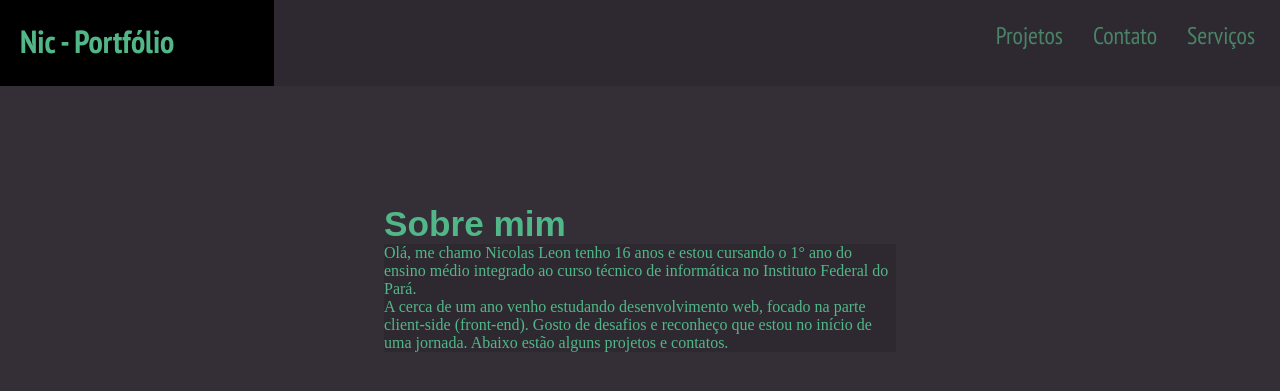
Repository: Leonngc/portfolio
Page: index.html
An editor plug-in stored every save of this project. The page is shown before and after the next save, followed by the edit.
The browser window is 1280 px wide. The pictures show the whole page.

Above is the page before, as saved 2022-12-02 10:49:55.

### index.html
<!DOCTYPE html>
<html lang="en">

<head>
    <meta charset="UTF-8">
    <meta http-equiv="X-UA-Compatible" content="IE=edge">
    <meta name="viewport" content="width=device-width, initial-scale=1.0">
    <meta name="keywords" content="portfolio, web, dev, website, desenvolvedor">
    <meta name="description" content="Meu portfolio de desenvolvedor web">
    <title>Nic Portfólio</title>
    <link rel="stylesheet" href="home.css">
</head>

<body>
    <header>
        <h1>Nic - Portfólio</h1>
        <nav class="menu">
            <ul>
                <li><a href="">Projetos</a></li>
                <li><a href="">Contato</a></li>
                <li><a href="">Serviços</a></li>
            </ul>
        </nav>
    </header>
    <section>
        <span>
            <img src="" alt="">
        </span>
    </section>

    <section>
        <h2>Sobre mim</h2>
        <p>Olá, me chamo Nicolas Leon tenho 16 anos e estou cursando o 1° ano do ensino médio integrado ao curso técnico de informática no Instituto Federal do Pará. <br> A cerca de um ano venho estudando desenvolvimento web, focado na parte client-side (front-end). Gosto de desafios e reconheço que estou no início de uma jornada. Abaixo estão alguns projetos e contatos.</p>
    </section>


</body>

</html>

### home.css
@import url('https://fonts.googleapis.com/css2?family=PT+Sans+Narrow:wght@400;700&display=swap');

@import url('https://fonts.googleapis.com/css2?family=Ubuntu+Condensed&display=swap');

:root{
    --background:#342E37;
    --letters: #52B788;
    --font-texts: font-family: 'Ubuntu Condensed', sans-serif;
}
*{
    margin: 0;
    padding: 0;
}
body{
    background-color: var(--background);
    color: var(--letters);
}

header{
    display: flex;
    flex-wrap: wrap;
    justify-content: space-between;
    background-color: #2e2930;
    height: 12vh;
}

header > h1{
    font-family:'PT Sans Narrow', sans-serif;
    margin-left: 0px;
    padding: 20px;
    padding-right: 100px;
    background-color: black;
}

 ul {
    display: flex;
    flex-wrap: wrap;
}

ul > li{
    list-style: none;
    margin: 10px;
}

li > a{
    text-decoration: none;
    color: var(--letters);
    font-family: 'PT Sans Narrow', sans-serif;
    font-size: 1.5em;
    color: #498467;
    padding: 5px;
}

.menu{
    margin-top: 10px;
    margin-right: 10px;
}

li > a:hover{
    text-decoration: underline;
    color: #498480;
}

section{
    width: 40%;
    margin: 0px auto;
    margin-top: 50px;
}

section > h2{
    font-family: sans-serif;
    font-size: 2.2em;
}

section > p{
    background-color: #2e2930;
}

After the next save:
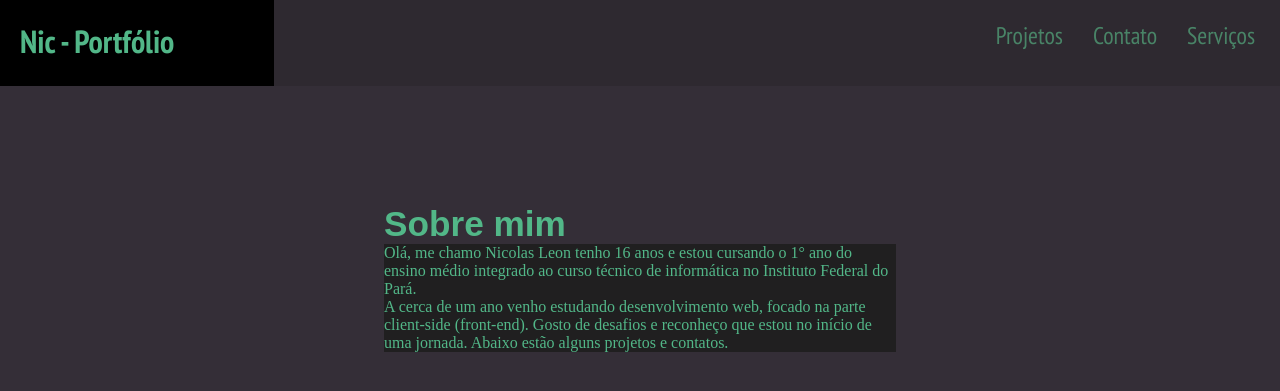
Saved 7 s later.
--- a/home.css
+++ b/home.css
@@ -73,5 +73,5 @@
 }
 
 section > p{
-    background-color: #2e2930;
+    background-color: #201f20;
 }
